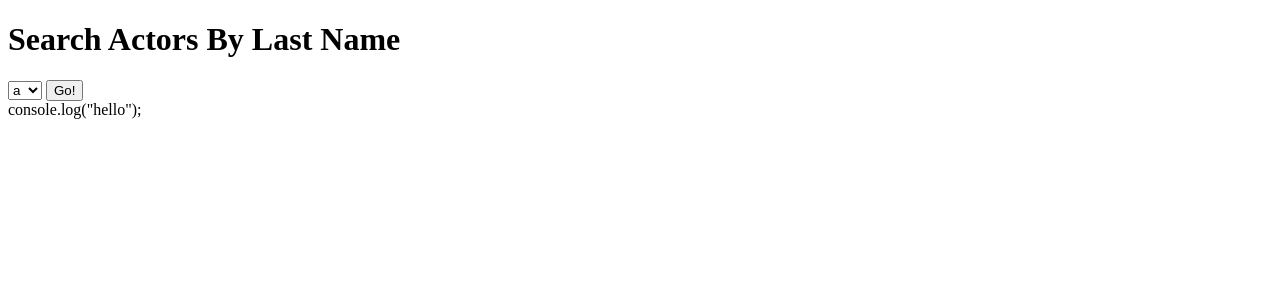
Repository: nema38/30DaysTrainning
Page: http://localhost/
An editor plug-in stored every save of this project. The page is shown before and after the next save, followed by the edit.
The browser window is 1280 px wide. The pictures show the whole page.
Some web libraries are served in a nearby version. The page is run by PHP 8.4 with error messages shown; the project is at /var/www/html/.

Above is the page before, as saved 2014-05-05 14:15:43.

### 30Days25-PHP-and-jQuery-Part-1/index.php
<?php

require 'functions.php';

if (isset($_POST['q']) )	{
	connect();
	$actors = get_actors_by_last_name( $_POST ['q'] );
	//print_r($results);
}

include 'views/index.tmpl.php';

### 30Days25-PHP-and-jQuery-Part-1/functions.php
<?php

function connect() {
	global $pdo;
	$pdo = new PDO(	"mysql:host=localhost;dbname=sakila", "root", "" );

}

function get_actors_by_last_name ( $letter ) {
	global $pdo;

	$stmt = $pdo->prepare('
		SELECT actor_id, first_name, last_name
		FROM actor
		WHERE last_name LIKE :letter
		LIMIT 50');
	$stmt->execute( array(':letter' => $letter . '%' ) );
	return $stmt->fetchAll ( PDO::FETCH_OBJ );

}

function get_actor_info ( $actor_id ) {
	global $pdo;

	$stmt = $pdo->prepare('
		SELECT film_info, first_name, last_name
		FROM actor_info
		WHERE actor_id LIKE :actor_id
		LIMIT 1');
	$stmt->execute( array(':actor_id' => $actor_id ) );
	return $stmt->fetch ( PDO::FETCH_OBJ );

}

### 30Days25-PHP-and-jQuery-Part-1/views/index.tmpl.php
<?php include '_partials/header.php'; ?>

		<h1>Search Actors By Last Name</h1>
		<form action="index.php" method="post">
		<select name="q" id="q">
			<?php
				$alphabet = str_split('abcdefghijklmnoprstuvxyz');
				foreach ($alphabet as $letter ) {
					echo "<option value ='$letter'>$letter</option>";
				}
			?>
		</select>
		<button type="submit">Go!</button>

		</form>

		<?php if ( isset($actors)) : ?>
		<ul class="actors_list">
			<?php foreach ( $actors as $a ) {
				echo "<li data-actor_id='{$a->actor_id}'><a href='actor.php?actor_id={$a->actor_id}'>{$a->first_name} {$a->last_name}</a></li>";
			}
			?>
		</ul>
		<?php endif; ?>

<?php include '_partials/footer.php'; ?>

### 30Days25-PHP-and-jQuery-Part-1/_partials/header.php
<!doctype html>
<html>
	<head>
		<meta charset=utf-8>
		<title></title>

	</head>

	<body>

### 30Days25-PHP-and-jQuery-Part-1/_partials/footer.php
</div>

<script src="http://ajax.googleapis.com/ajax/libs/jquery/1.11.0/jquery.min.js"></script>
<script src="http://cloud.github.com/downloads/wycats/handlebars.js/handlebars-1.0.0.beta.6.js"
<script src="js/scripts.js"></script>
console.log("hello");

</body>

</html>

After the next save:
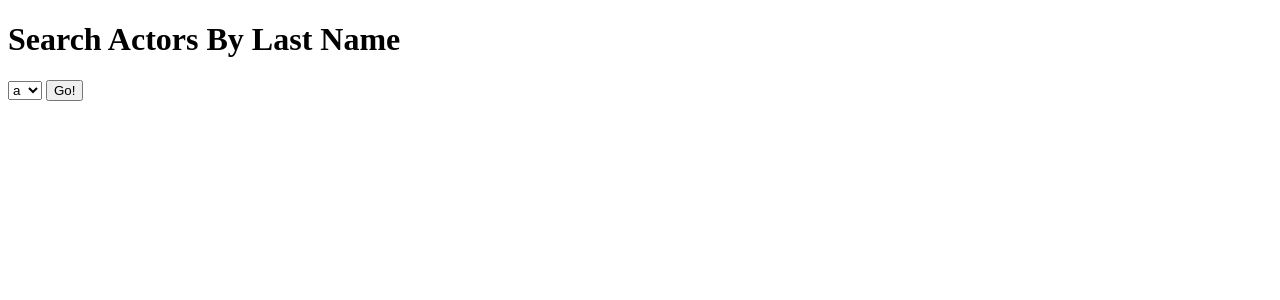
Saved 9 s later.
--- a/30Days25-PHP-and-jQuery-Part-1/_partials/footer.php
+++ b/30Days25-PHP-and-jQuery-Part-1/_partials/footer.php
@@ -3,7 +3,7 @@
 <script src="http://ajax.googleapis.com/ajax/libs/jquery/1.11.0/jquery.min.js"></script>
 <script src="http://cloud.github.com/downloads/wycats/handlebars.js/handlebars-1.0.0.beta.6.js"
 <script src="js/scripts.js"></script>
-console.log("hello");
+
 
 </body>
 
